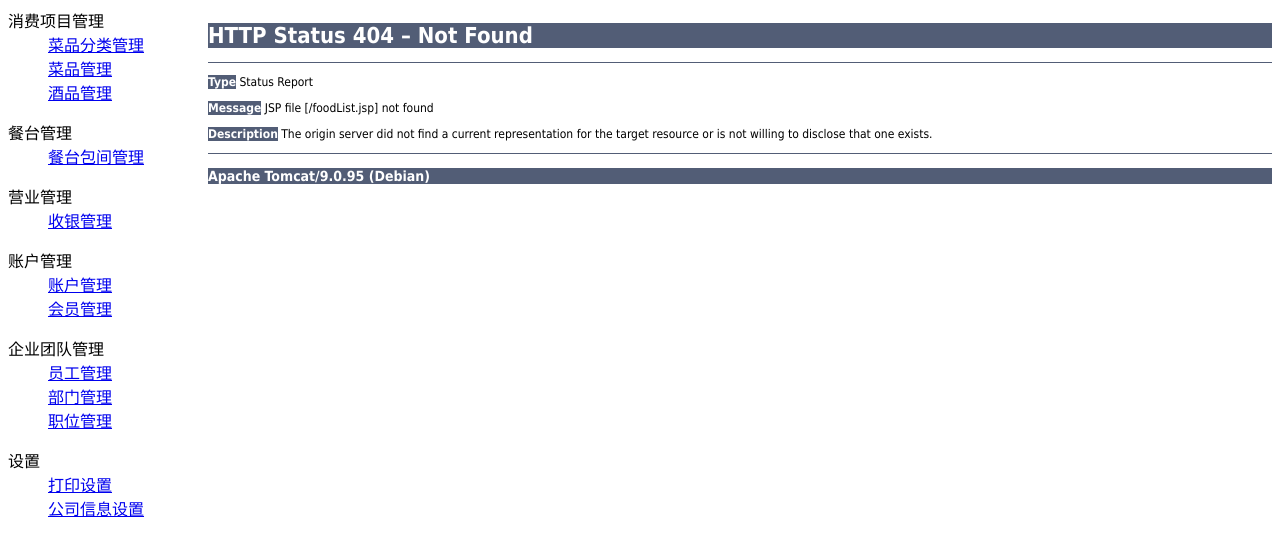
Repository: biuiuiu/springStudy
Page: http://localhost/Sad/
These files come from the project's save history. The page is drawn as it stood at one moment and after the next save; the edit follows.
The browser window is 1280 px wide. The pictures show the whole page.
The page is served by Tomcat 9. Other server files are loaded and not shown.

Above is the page before, as saved 2017-06-14 01:36:17.

### Sad/WebContent/index.jsp
<%@ page language="java" import="java.util.*" pageEncoding="UTF-8"%>

<!DOCTYPE HTML PUBLIC "-//W3C//DTD HTML 4.01 Transitional//EN">

<html>

<head>

<title>Sad</title>

<style>
	body{
		backgroundcolor:#ff0000;
	}
</style>
</head>

<body>

<table width="100%" height="700" border="0" cellpadding="0" cellspacing="0">

<tr>

<td width="15%" height="100%" valign="top">

<dl>

<dt>消费项目管理</dt>

<dd><a href="tClassification.do?operator=select" target="mainFrame">菜品分类管理</a></dd>

<dd><a href="foodList.jsp" target="mainFrame" >菜品管理</a></dd>

<dd><a href="list/winelist.jsp" target="mainFrame">酒品管理</a></dd>

</dl>

<dl>

<dt>餐台管理</dt>

<dd><a href="cantai.do?operator=select" target="mainFrame">餐台包间管理</a></dd>

</dl>

<dl>

<dt>营业管理</dt>

<dd><a href="manager/cash.jsp" target="mainFrame">收银管理</a></dd>

</dl>

<dl>

<dt>账户管理</dt>

<dd><a href="account.do?operate=inAccountList" target="mainFrame">账户管理</a></dd>

<dd><a href="#" target="mainFrame">会员管理</a></dd>

</dl>

<dl>

<dt>企业团队管理</dt>

<dd><a href="employee.do?operate=inEmployeeList" target="mainFrame">员工管理</a></dd>

<dd><a href="departAndDuty.do?operate=inDepartList" target="mainFrame">部门管理</a></dd>

<dd><a href="departAndDuty.do?operate=inDutyList" target="mainFrame">职位管理</a></dd>

</dl>

<dl>

<dt>设置</dt>

<dd><a href="printer.do?operate=printerList" target="mainFrame">打印设置</a></dd>

<dd> <a href="setPage.do?operate=update" target="mainFrame">公司信息设置</a></dd>

<dd></dd>

</dl>

</td>

<td width="80%" valign="top"><iframe src="foodList.jsp" name="mainFrame" frameborder="0" marginheight="0" marginwidth="0" height="700" width="100%"></iframe></td>

</tr>

</table>

</body>

</html>

After the next save:
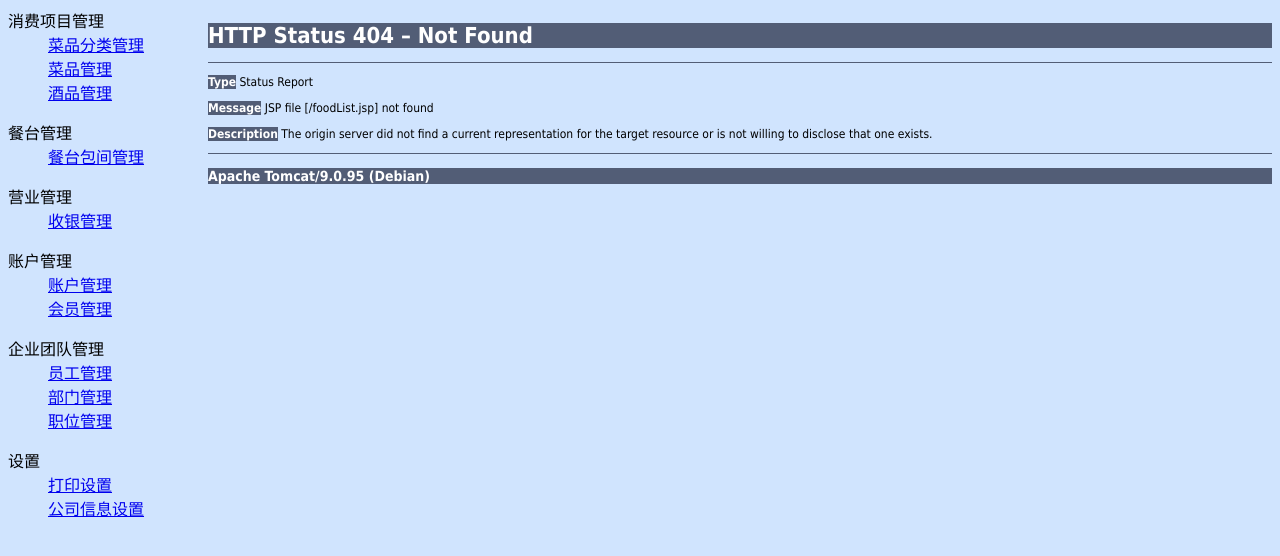
Saved 81 s later.
--- a/Sad/WebContent/index.jsp
+++ b/Sad/WebContent/index.jsp
@@ -10,7 +10,7 @@
 
 <style>
 	body{
-		backgroundcolor:#ff0000;
+		 background-color:#d0e4fe;
 	}
 </style>
 </head>
